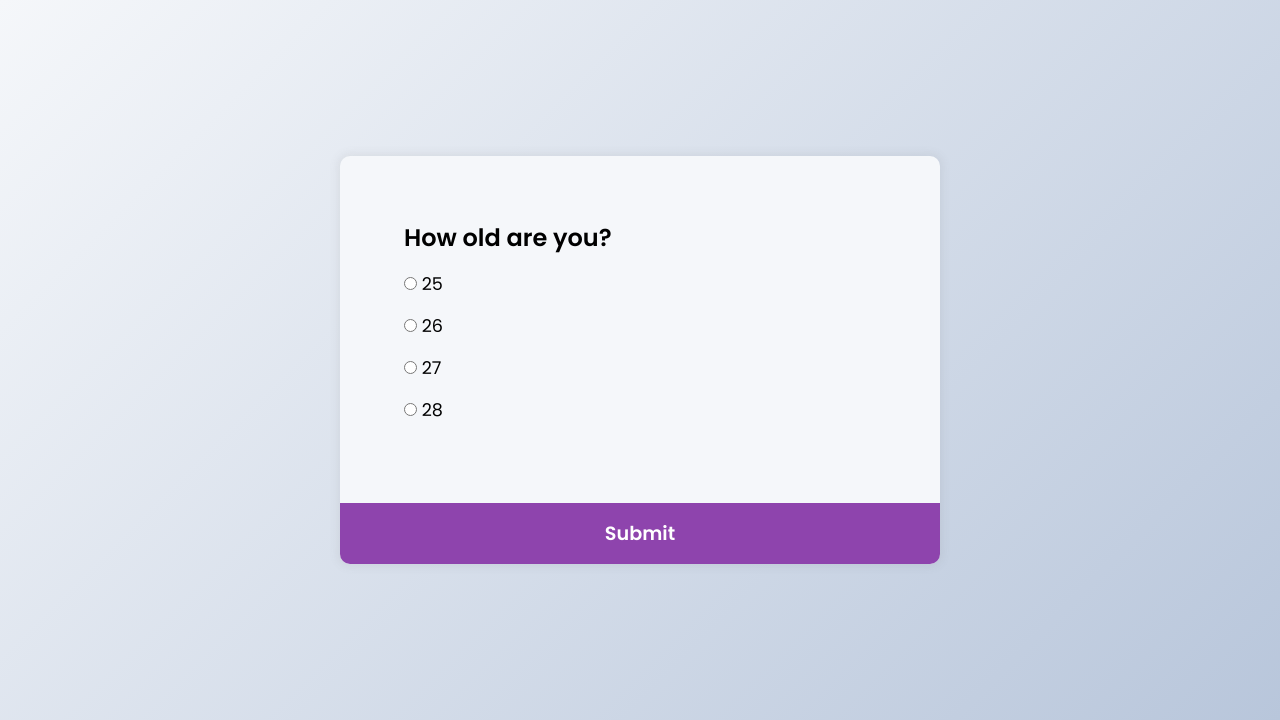
Repository: sevilgenysf/javascript-two
Page: index.html
The author's editor kept a copy of each file at every save. The page is drawn from the files as they stood at one save, then again after the next save.
The browser window is 1280 px wide. The pictures show the whole page.

Above is the page before, as saved 2022-02-27 19:26:49.

### index.html
<!DOCTYPE html>
<html lang="en">

<head>
	<meta charset="UTF-8">
	<meta http-equiv="X-UA-Compatible" content="IE=edge">
	<meta name="viewport" content="width=device-width, initial-scale=1.0">
	<link rel="stylesheet" href="./style.css">
	<script src="./index.js" defer></script>
	<title>javascript Day two</title>
</head>

<body>
	<div>
		<div class="quiz-container">
			<div class="quiz-header">
				<h2 id="question">Question text</h2>
				<ul>
					<li>
						<input type="radio" id="a" name="answer" class="answer">
						<label id="a_text" for="a">Question</label>
					</li>
				</ul>
				<ul>
					<li>
						<input type="radio" id="b" name="answer" class="answer">
						<label id="b_text" for="b">Question</label>
					</li>
				</ul>
				<ul>
					<li>
						<input type="radio" id="c" name="answer" class="answer">
						<label id="c_text" for="c">Question</label>
					</li>
				</ul>
				<ul>
					<li>
						<input type="radio" id="d" name="answer" class="answer">
						<label id="d_text" for="d">Question</label>
					</li>
				</ul>
			</div>
			<button id="submit">Submit</button>
		</div>
	</div>
</body>

</html>

### style.css
@import url('https://fonts.googleapis.com/css2?family=Poppins:wght@400;600&family=Roboto:ital,wght@0,300;0,400;0,700;1,500&display=swap');

* {
	margin: 0;
	padding: 0;
	box-sizing: border-box;
}

body {
	display: flex;
	justify-content: center;
	align-items: center;
	background-color: #b8c6db;
	background-image: linear-gradient(315deg, #b8c6db 0%, #f5f7fa 100%);
	font-family: 'Poppins', sans-serif;
	min-height: 100vh;
}

.quiz-container {
	background-color: #f5f7fa;
	width: 600px;
	border-radius: 10px;
	box-shadow: 0 0 10px 2px rgba(100, 100, 100, 0.1);
	max-width: 100%;
	overflow: hidden;
}

.quiz-header {
	padding: 4rem;
}

ul {
	list-style: none;
	padding: 0;
}

ul li {
	cursor: pointer;
	font-size: 1.1rem;
	margin: 1rem 0;
}

ul li label {
	cursor: pointer;
	user-select: none;
}

h2 {
	margin: 0;
}

button {
	background-color: #8e44ad;
	width: 100%;
	padding: 1rem;
	color: #fff;
	font-family: inherit;
	border: none;
	cursor: pointer;
	font-size: 1.2rem;
	font-weight: 600;
	transition: all 0.2s ease-in-out;
}

button:hover {
	background-color: #732d91;
}

### index.js
const quizData = [
	{
		question: 'How old are you?',
		a: '25',
		b: '26',
		c: '27',
		d: '28',
		currect: 'c'
	},
	{
		question: 'What is the most used best programing language in 2019?',
		a: 'Java',
		b: 'C',
		c: 'Python',
		d: 'JavaScript',
		currect: 'a'
	},
	{
		question: 'who is he President of USA?',
		a: 'Trump',
		b: 'Obama',
		c: 'Bush',
		d: 'Clinton',
		currect: 'b'
	},
	{
		question: 'What does HTML stand for?',
		a: 'Hyper Text Markup Language',
		b: 'Cascading style sheet',
		c: 'Jason Object Notation',
		d: 'Aplication Type Markup Language',
		currect: 'a'
	},
	{
		question: 'What year was javaScript launched?',
		a: '1995',
		b: '1996',
		c: '1997',
		d: 'none of the above',
		currect: 'd'
	}
];

const questionEl = document.getElementById('question');
const a_text = document.getElementById('a_text');
const b_text = document.getElementById('b_text');
const c_text = document.getElementById('c_text');
const d_text = document.getElementById('d_text');
const submitBtn = document.getElementById('submit');

const answersEls = document.querySelectorAll('.answer');

let currentQuiz = 0;
let score = 0;

loadQuiz();

function loadQuiz() {
	const currentQuizData = quizData[currentQuiz];

	questionEl.innerText = currentQuizData.question;
	a_text.innerText = currentQuizData.a;
	b_text.innerText = currentQuizData.b;
	c_text.innerText = currentQuizData.c;
	d_text.innerText = currentQuizData.d;
}

function getSelected() {
	let answer = undefined;

	answersEls.forEach((answerEl) => {
		if (answerEl.checked) {
			answer = answerEl.id;
		}
	});

	return answer;
}

function deselectedAnswers() {
	answersEls.forEach((answerEl) => {
		answerEl.forEach((answerEl) => {
			answerEl.checked = false;
		});
	});
}

submitBtn.addEventListener('click', () => {
	const answer = getSelected();

	console.log(answer);

	if (answer) {
		if (answer === quizData[currentQuiz].currect) {
			score++;
		}
		currentQuiz++;
		if (answer) {
			if (currentQuiz < quizData.length) {
				loadQuiz();
			} else {
				alert('You finished! Get yourself an Orange Lemonade!');
			}
		}
	}
});

After the next save:
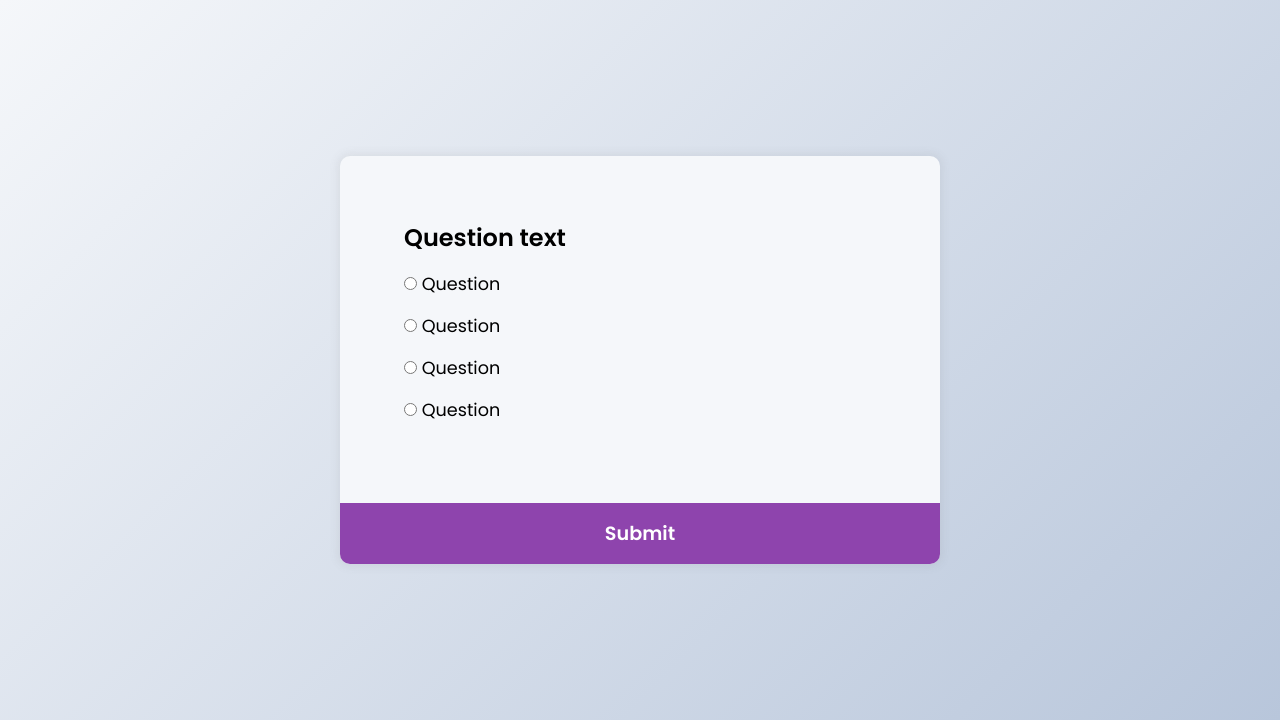
Console error: TypeError: answerEl.forEach is not a function
Saved 35 s later.
--- a/index.js
+++ b/index.js
@@ -56,6 +56,8 @@
 loadQuiz();
 
 function loadQuiz() {
+	deselectedAnswers();
+
 	const currentQuizData = quizData[currentQuiz];
 
 	questionEl.innerText = currentQuizData.question;

After the save that followed:
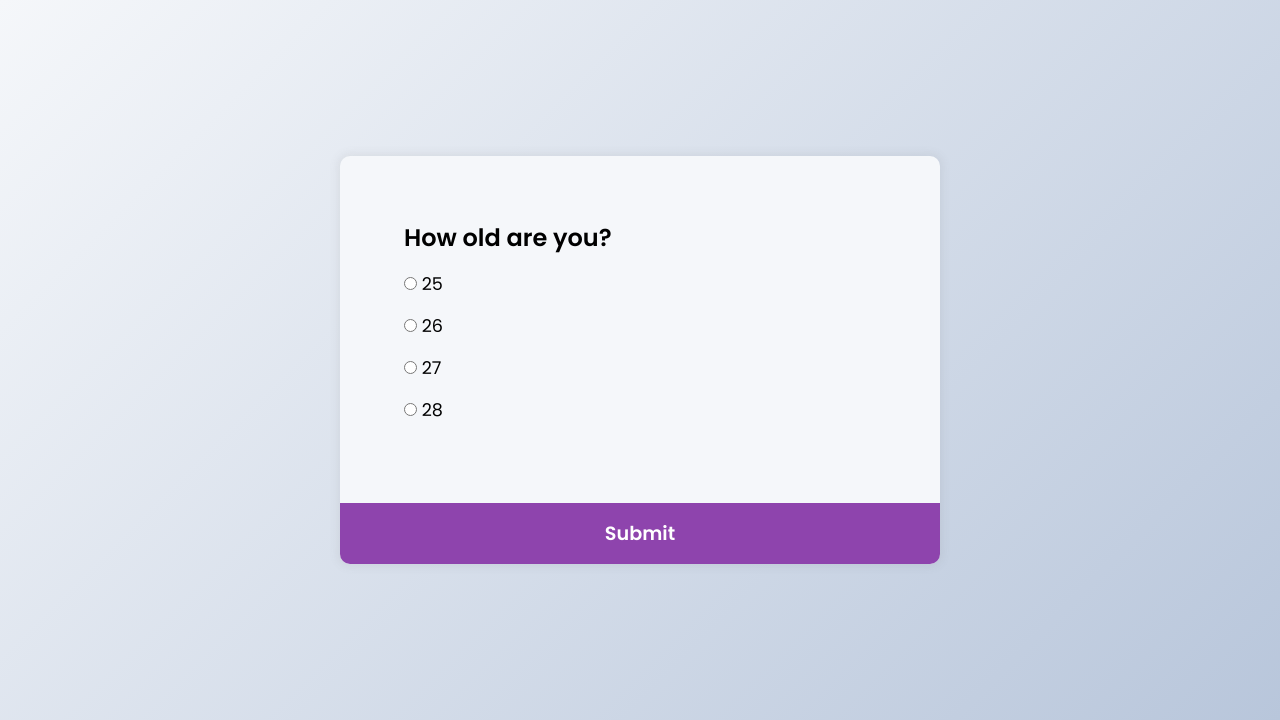
The error is gone.
Saved 23 s later.
--- a/index.js
+++ b/index.js
@@ -56,8 +56,6 @@
 loadQuiz();
 
 function loadQuiz() {
-	deselectedAnswers();
-
 	const currentQuizData = quizData[currentQuiz];
 
 	questionEl.innerText = currentQuizData.question;
